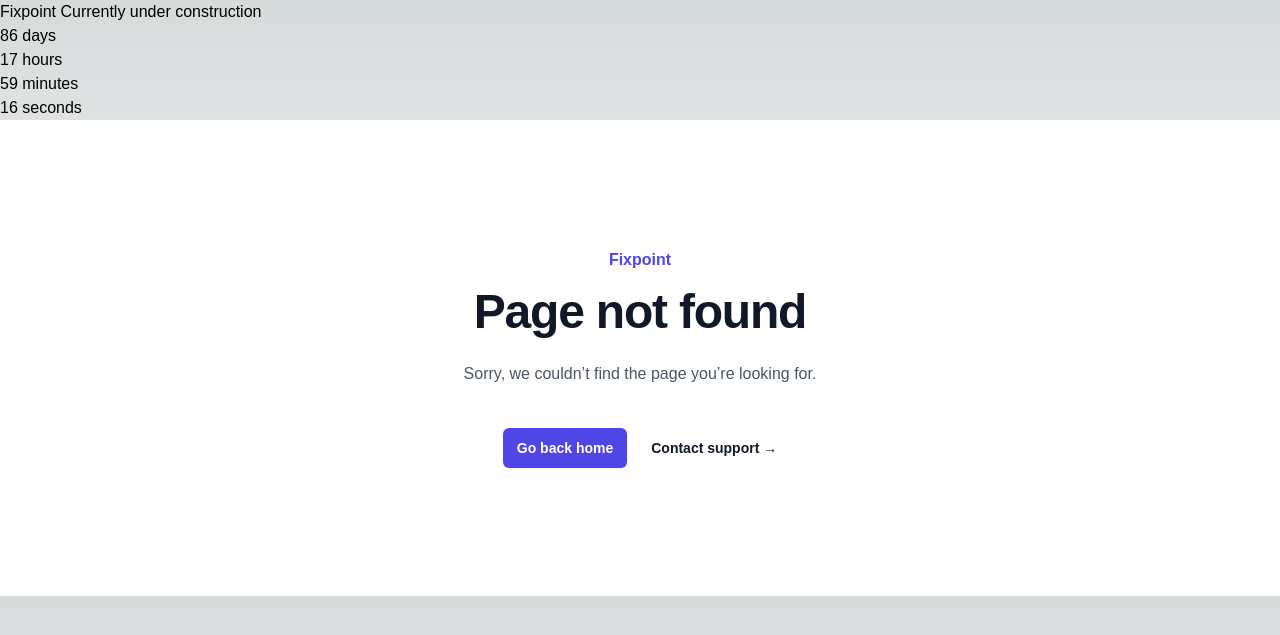
Repository: emorilebo/fixpoint_web
Page: /
These files come from the project's save history. The page is drawn as it stood at one moment and after the next save; the edit follows.
The browser window is 1280 px wide. The pictures show the whole page.
The project was rebuilt for these pictures with package versions that can differ from the ones it lists, and the page was loaded fresh each time. The framework's server and built-in components were replaced by stand-ins that run in the browser. Also part of the build but not shown: next.config.js.

Above is the page before, as saved 2023-09-15 20:09:50.

After the next save:
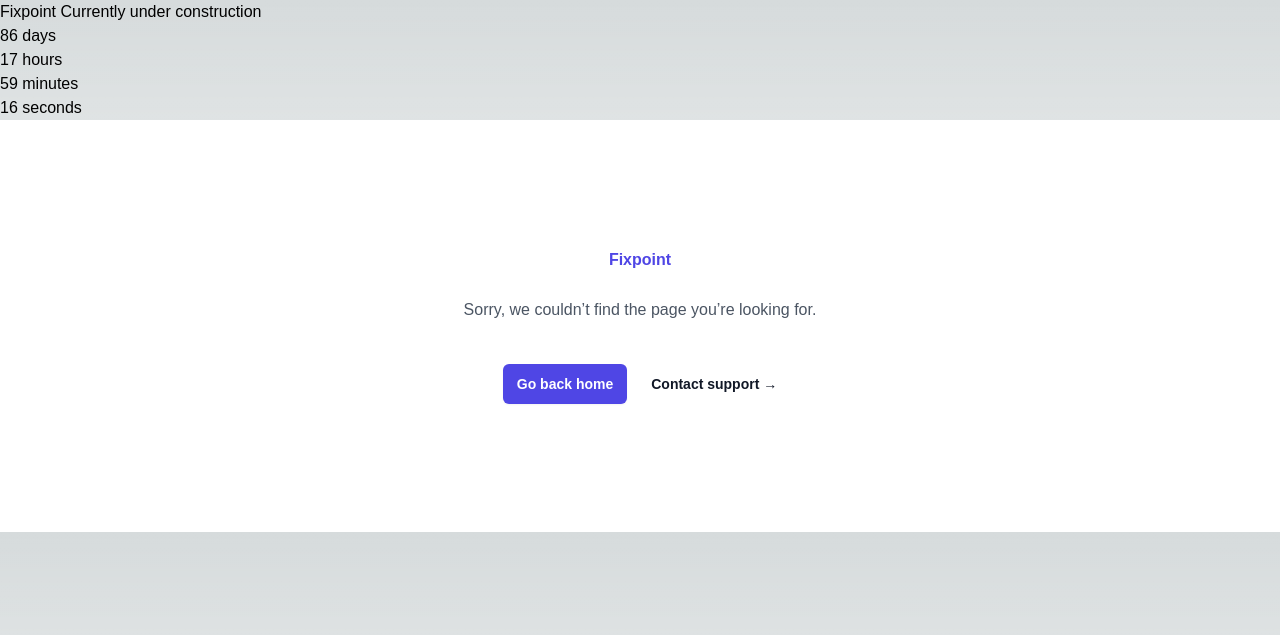
Saved 16 s later.
--- a/src/pages/index.tsx
+++ b/src/pages/index.tsx
@@ -12,7 +12,7 @@
       <main className="grid min-h-full place-items-center bg-white px-6 py-24 sm:py-32 lg:px-8">
         <div className="text-center">
           <p className="text-base font-semibold text-indigo-600">Fixpoint</p>
-          <h1 className="mt-4 text-3xl font-bold tracking-tight text-gray-900 sm:text-5xl">Page not found</h1>
+          <h1 className="mt-4 text-3xl font-bold tracking-tight text-gray-900 sm:text-5xl"></h1>
           <p className="mt-6 text-base leading-7 text-gray-600">Sorry, we couldn’t find the page you’re looking for.</p>
           <div className="mt-10 flex items-center justify-center gap-x-6">
             <a
